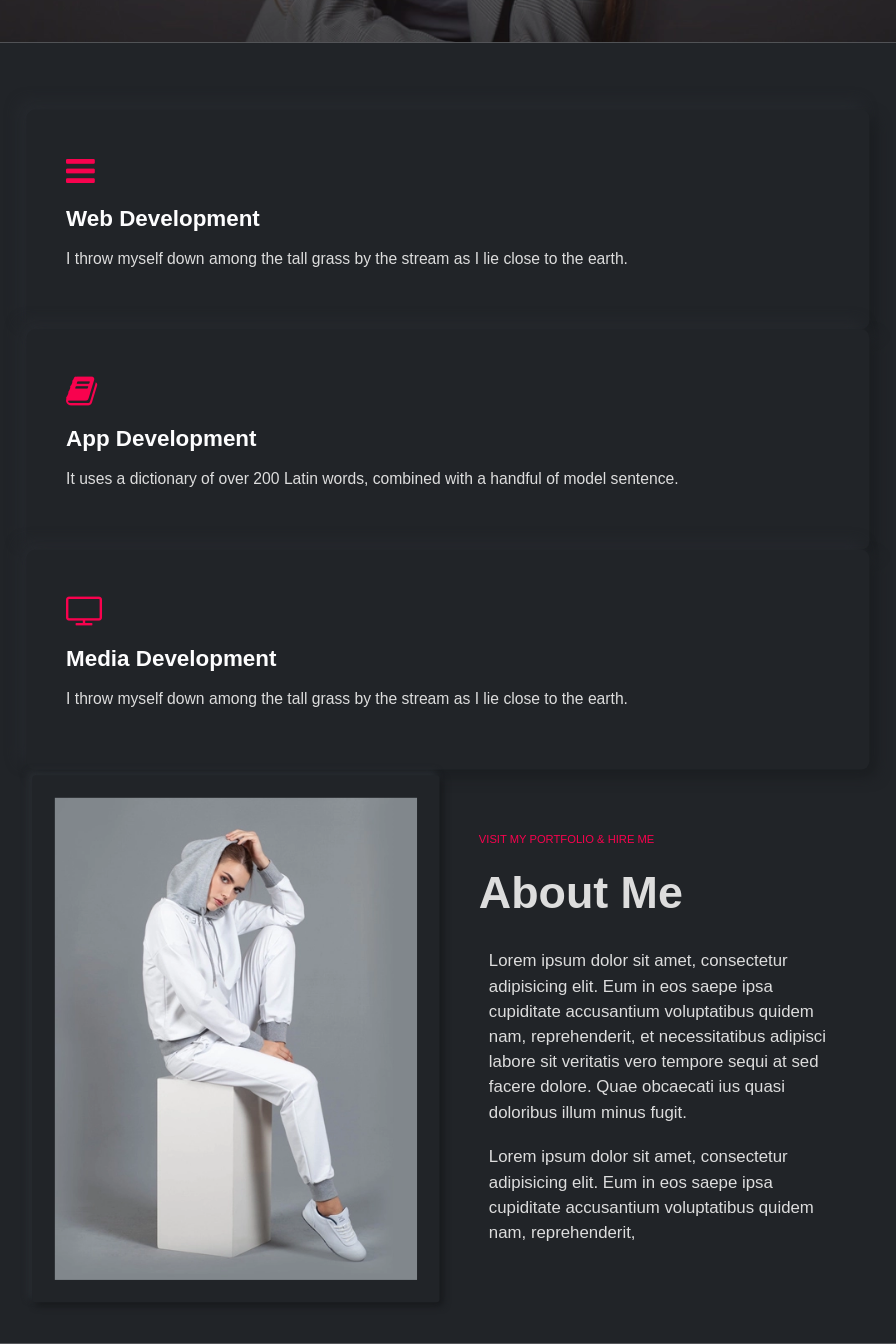
Repository: arminprogramme/inbio
Page: /
An editor plug-in stored every save of this project. The page is shown before and after the next save, followed by the edit.
The browser window is 1280 px wide. The pictures show the part of the page from y = 808 to 2728 px (the page is 2728 px tall before and 2715 px after), at 70% of full size.
Some web libraries are served in a nearby version. The project was rebuilt for these pictures with package versions that can differ from the ones it lists, and the page was loaded fresh each time. Also part of the build but not shown: vite.config.js.

Above is the page before, as saved 2023-10-20 03:43:08.

### index.html
<!doctype html>
<html lang="en">

<head>
    <meta charset="UTF-8" />
    <link rel="icon" type="image/svg+xml" href="/vite.svg" />
    <link rel="stylesheet" href="https://cdnjs.cloudflare.com/ajax/libs/font-awesome/4.7.0/css/font-awesome.min.css">
    <link href="https://cdnjs.cloudflare.com/ajax/libs/flowbite/1.8.1/flowbite.min.css" rel="stylesheet" />
    <meta name="viewport" content="width=device-width, initial-scale=1.0" />
    <title>Vite + React</title>
</head>

<body>
    <div id="root"></div>
    <script src="https://cdnjs.cloudflare.com/ajax/libs/flowbite/1.8.1/flowbite.min.js"></script>
    <script type="module" src="/src/main.jsx"></script>
</body>

</html>

### src/App.jsx
import   { Component } from 'react';
import LandingPage from './Component/LandingPage.jsx'
import './App.css'

class App extends Component {


  render() {
    return (
    <div>
      <LandingPage />
    </div>
    );
  }


}

export default App;

### src/index.css
:root {
    font-family: Inter, system-ui, Avenir, Helvetica, Arial, sans-serif;
}

a {
    font-weight: 500;
    color: #646cff;
    text-decoration: inherit;
}

* {
    padding: 0;
    margin: 0;
    box-sizing: border-box;
}

@tailwind base;
@tailwind components;
@tailwind utilities;
a:hover {
    color: #535bf2;
}

body {
    margin: 0;
    font-family: 'Vazir', sans-serif;
}

h1 {
    font-size: 3.2em;
    line-height: 1.1;
}

@media (prefers-color-scheme: light) {
     :root {
        color: #213547;
        background-color: #ffffff;
    }
    a:hover {
        color: #747bff;
    }
    button {
        background-color: #f9f9f9;
    }
}

### src/Component/LandingPage.jsx
import  { Component } from 'react';
import Header from './Header/Header.jsx'
import Body from './Body/Body.jsx'
//import Footer from './Footer/Footer.jsx'
class LandingPage extends Component {
    render() {
        return (
            <div>
                <Header/>
                <Body/>

            </div>
        );
    }
}

export default LandingPage;

### src/Component/Header/Header.jsx
import  { Component } from 'react';
import NavBar from './Navbar.jsx'
import './Header.css'
class Header extends Component {
    render() {
        return (
            <div>
                <NavBar/>
                <div className="banner-header text-center">
                    <h1 className='font-bold text-white'>KRISTINA SOMOLYER</h1>
                    <p>American Supermodel & Entrepreneur</p>
                </div>
            </div>
        );
    }
}

export default Header;

### src/Component/Body/Body.jsx
import  { Component } from 'react';
import Services from './Services/Services.jsx'
import About from './About/About.jsx'
import './Body.css'
class Body extends Component {
    render() {
        return (
            <>
            <div className='black-bg '>
                <div className="limit-width">
                    <Services/>
                    <About/>
                </div>
            </div>
            </>
        );
    }
}

export default Body;

### src/Component/Header/Navbar.jsx
import  { Component } from 'react';

class Navbar extends Component {
    render() {
        return (
            <div>

<nav className=" black-bg">
  <div className="max-w-screen-xl flex flex-wrap items-center justify-between mx-auto p-6">
    <a href="https://.com/" className="flex items-center">
       <h2 className='text-white'>React Project</h2>
    </a>
    <button data-collapse-toggle="navbar-default" type="button"  className="inline-flex items-center p-2 w-10 h-10 justify-center text-sm text-white rounded-lg md:hidden " aria-controls="navbar-default" aria-expanded="false">
    <i className="fa fa-bars text-white"></i>

    </button>
    <div className="hidden w-full md:block md:w-auto" id="navbar-default">
      <ul className="font-medium flex flex-col p-4 md:p-0 mt-4 border border-gray-100 rounded-lg text-white md:flex-row md:space-x-8 md:mt-0 md:border-0 black-bg">
        <li>
          <a href="#" className="block py-2 pl-3 pr-4 text-white md:hover:text-gray-700 dark:text-white md:dark:hover:text-gray-500 rounded md:bg-transparent md:p-0 " aria-current="page">Home</a>
        </li>
        <li>
          <a href="#" className="block py-2 pl-3 pr-4 text-gray-900 rounded hover:bg-gray-100 md:hover:bg-transparent md:border-0 md:hover:text-gray-700 md:p-0 dark:text-white md:dark:hover:text-gray-500 dark:hover:bg-gray-700 dark:hover:text-white md:dark:hover:bg-transparent">About</a>
        </li>
        <li>
          <a href="#" className="block py-2 pl-3 pr-4 text-gray-900 rounded md:hover:text-gray-700 md:p-0 dark:text-white md:dark:hover:text-gray-500 dark:hover:bg-gray-700 dark:hover:text-white md:dark:hover:bg-transparent">Services</a>
        </li>
        <li>
          <a href="#" className="block py-2 pl-3 pr-4 text-gray-900 rounded hover:bg-gray-100 md:hover:bg-transparent md:border-0 md:hover:text-gray-700 md:p-0 dark:text-white md:dark:hover:text-gray-500 dark:hover:bg-gray-700 dark:hover:text-white md:dark:hover:bg-transparent">Pricing</a>
        </li>
        <li>
          <a href="#" className="block py-2 pl-3 pr-4 text-gray-900 rounded hover:bg-gray-100 md:hover:bg-transparent md:border-0md:hover:text-gray-700 md:p-0 dark:text-white md:dark:hover:text-gray-500 dark:hover:bg-gray-700 dark:hover:text-white md:dark:hover:bg-transparent">Contact</a>
        </li>
      </ul>
    </div>
  </div>
</nav>

            </div>
        );
    }
}

export default Navbar;

### src/Component/Header/Header.css
.black-bg {
    background-color: #212428;
}

.banner-header {
    background-image: url(../../../bg-image-12.webp);
    background-position: center;
    background-size: cover;
    padding: 20.25rem 0;
}

.banner-header h1 {
    letter-spacing: 6px;
    font-size: 3.2rem;
}

.banner-header p {
    letter-spacing: 6px;
    font-size: 1.2rem;
    padding: 2rem 0;
    color: #fff;
}

### src/Component/Body/Services/Services.jsx
import  { Component } from 'react';
import ServicesItem from './ServicesItem.jsx'
import './Services.css'
class Services extends Component {

    constructor(props){
        super(props)

        this.state = {
            services : [
                {id : 1 , icon : 'red-color fa fa-bars' , title : 'Web Development' , text : 'I throw myself down among the tall grass by the stream as I lie close to the earth.'},
                {id : 2 , icon : 'red-color fa fa-book' , title : 'App Development' , text : 'It uses a dictionary of over 200 Latin words, combined with a handful of model sentence.'},
                {id : 3 , icon : 'red-color fa fa-television' , title : 'Media Development' , text : 'I throw myself down among the tall grass by the stream as I lie close to the earth.'},
            ]
        }
    }
    render() {
        return (
            <div>
              <div className="grid  grid-cols-1 lg:grid-cols-3 gap-10">
              {this.state.services.map(services => {
                return <ServicesItem key={services.id} {...services} />
               })}
              </div>
            </div>
        );
    }
}

export default Services;

### src/Component/Body/About/About.jsx
import  { Component } from 'react';
import   './About.css'
class About extends Component {
    render() {
        return (
            <div>
                <div className="about-container my-52 grid grid-cols-1 lg:grid-cols-2 gap-2">
                    <div className="img-about">
                        <div className="inner-img-about">
                            <img src="about-5.webp" className='rounded' alt="" />
                        </div>
                    </div>
                    <div className="content-about">
                        <h5 className='red-color'>VISIT MY PORTFOLIO & HIRE ME</h5>
                        <h2>About Me</h2>
                        <p>Lorem ipsum dolor sit amet, consectetur adipisicing elit. Eum in eos saepe ipsa cupiditate accusantium voluptatibus quidem nam, reprehenderit, et necessitatibus adipisci labore sit veritatis vero tempore sequi at sed facere dolore. Quae obcaecati ius quasi doloribus illum minus fugit.</p>
                        <p>Lorem ipsum dolor sit amet, consectetur adipisicing elit. Eum in eos saepe ipsa cupiditate accusantium voluptatibus quidem nam, reprehenderit,</p>
                    </div>
                </div>
            </div>
        );
    }
}

export default About;

### src/Component/Body/Body.css
.limit-width {
    max-width: 1450px;
    padding: 6rem 3% 3%;
    margin: auto;
}

### src/Component/Body/Services/ServicesItem.jsx
import { Component } from 'react';

class ServicesItem extends Component {
    render() {
        return (
            <div className='services-item'>
                <div className="icon-services">
                    <i className={this.props.icon}></i>
                </div>
                <div className="content-services">
                <h2 className='font-bold'>{this.props.title}</h2>
                <p>{this.props.text}</p>
                </div>
            </div>
        );
    }
}

export default ServicesItem;

### src/Component/Body/Services/Services.css
.icon-services i {
    font-size: 3rem;
}

.red-color {
    color: #f8024e;
}

.content-services {
    padding: 1.2rem 0;
    color: #FDFDFE;
}

.content-services h2 {
    font-size: 2rem;
    padding-bottom: 1rem;
}

.content-services p {
    line-height: 2.25rem;
    font-size: 1.4rem;
}

.services-item {
    border-radius: 12px;
    transition: 0.5s!important;
    padding: 4rem 3.5rem;
    background: #212428;
    box-shadow: 10px 10px 20px #1b1e21, -10px -10px 20px #272a2f;
    -webkit-transition: 0.5s!important;
    -moz-transition: 0.5s!important;
    -ms-transition: 0.5s!important;
    -o-transition: 0.5s!important;
    cursor: pointer;
}

.services-item:hover {
    border-radius: 12px;
    transform: translateY(-1.2rem);
    transition: 0.5s!important;
    background: linear-gradient(145deg, #23272b, #16171a);
    box-shadow: 10px 10px 13px #1b1e21, -10px -10px 13px #272a2f;
    -webkit-transition: 0.5s!important;
    -moz-transition: 0.5s!important;
    -ms-transition: 0.5s!important;
    -o-transition: 0.5s!important;
    -webkit-transform: translateY(-1.2rem);
    -moz-transform: translateY(-1.2rem);
    -ms-transform: translateY(-1.2rem);
    -o-transform: translateY(-1.2rem);
}

### src/Component/Body/About/About.css
.inner-img-about,
.img-about {
    padding: 0.5rem;
    border-radius: 5px;
    max-width: 100%;
}

.inner-img-about {
    border-radius: 5px;
    background: #212428;
    box-shadow: 5px 5px 10px #17191c, -5px -5px 10px #2b2f34;
    -webkit-border-radius: 5px;
    -moz-border-radius: 5px;
    -ms-border-radius: 5px;
    -o-border-radius: 5px;
}

.inner-img-about img {
    width: 100%;
    border-radius: 5px!important;
    -webkit-border-radius: 5px!important;
    -moz-border-radius: 5px!important;
    padding: 1.5rem;
    -ms-border-radius: 5px!important;
    -o-border-radius: 5px!important;
}

.content-about {
    margin: 5.5rem 2.5rem;
}

.content-about h2,
p {
    color: #ddd;
}

.content-about h2 {
    font-size: 4rem;
    padding: 1rem 0;
    font-weight: bold;
}

.content-about p {
    font-size: 1.5rem;
    padding: 0.9rem;
}

Loaded but not shown: src/main.jsx (common file); src/App.css (common file)

After the next save:
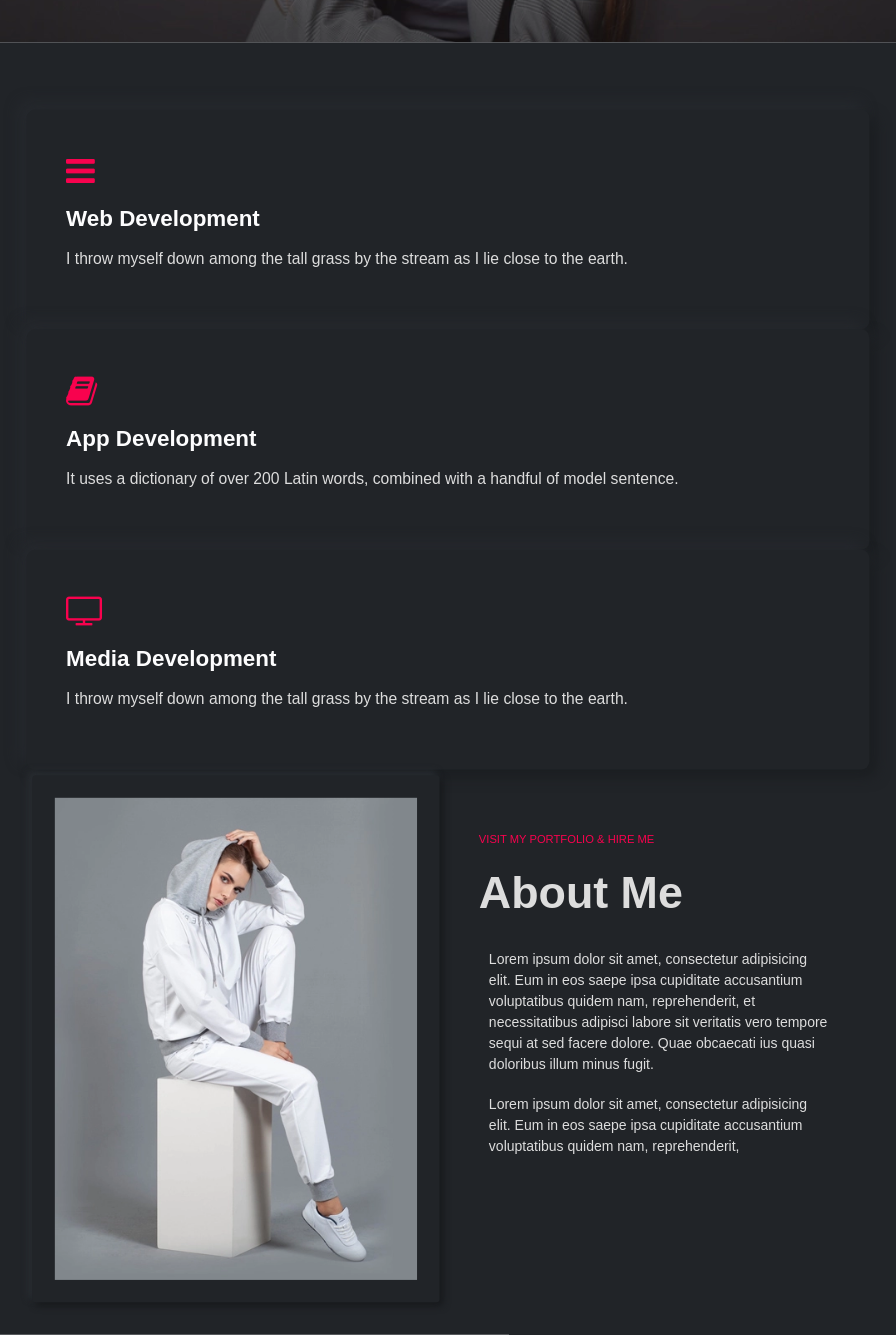
Saved 5 s later.
--- a/src/Component/Body/About/About.css
+++ b/src/Component/Body/About/About.css
@@ -41,6 +41,6 @@ p {
 }
 
 .content-about p {
-    font-size: 1.5rem;
+    font-size: 1.25rem;
     padding: 0.9rem;
 }
